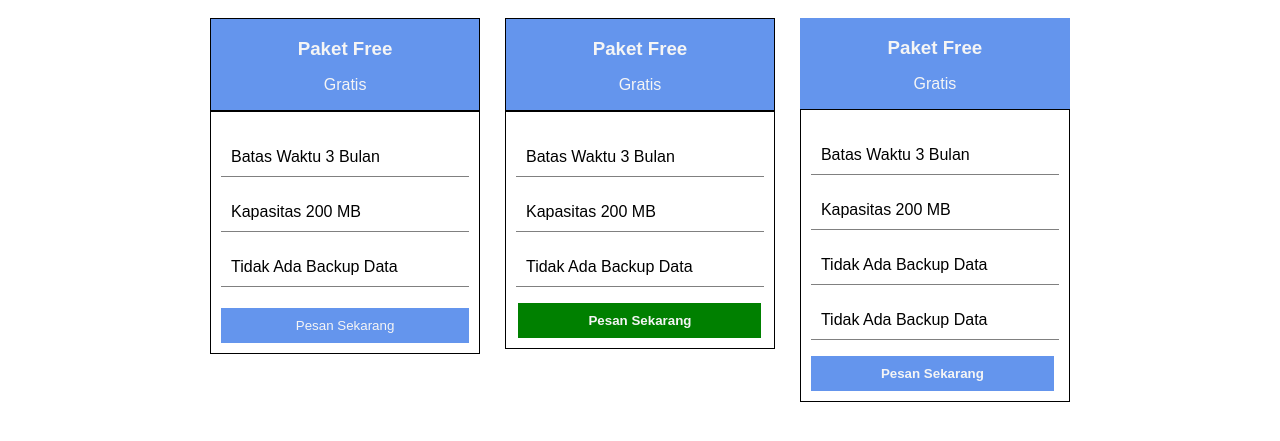
Repository: AHSANS354/tugas-sib5
Page: tugas css/index.html
The author's editor kept a copy of each file at every save. The page is drawn from the files as they stood at one save, then again after the next save.
The browser window is 1280 px wide. The pictures show the whole page.

Above is the page before, as saved 2023-08-29 16:36:20.

After the next save:
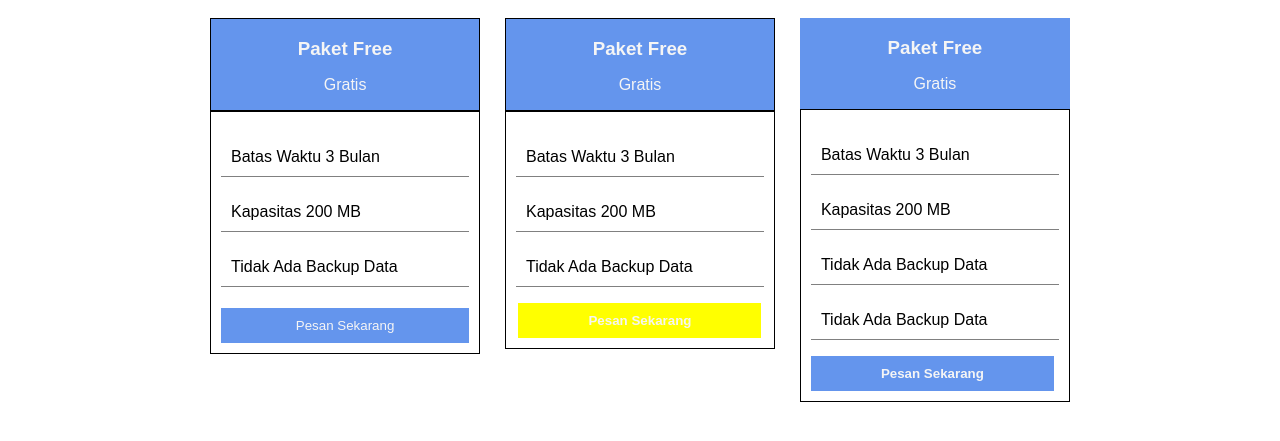
Saved 13 s later.
--- a/tugas css/style.css
+++ b/tugas css/style.css
@@ -76,7 +76,7 @@ h3 {
 .tombol2 {
   font-weight: bold;
   padding: 10px 70px;
-  background-color: green;
+  background-color: yellow;
   border: none;
   color: whitesmoke;
 }
